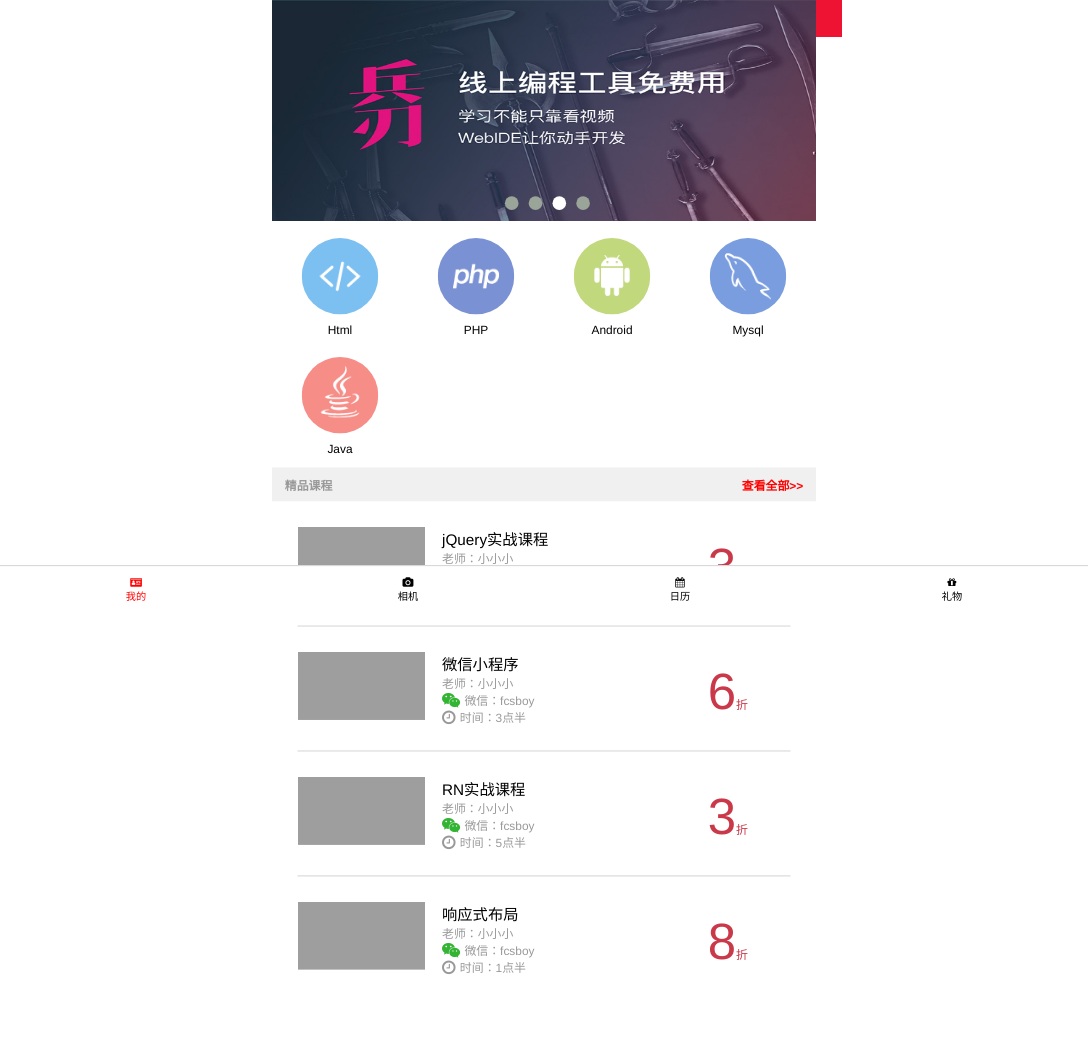
Repository: zhenzhen-gong/flextContent
Page: index.html
An editor plug-in stored every save of this project. The page is shown before and after the next save, followed by the edit.
The browser window is 1280 px wide. The pictures show the whole page, at 85% of full size.
Pictures or frames that could not be fetched are drawn as grey boxes.

Above is the page before, as saved 2020-06-19 11:23:33.

After the next save:
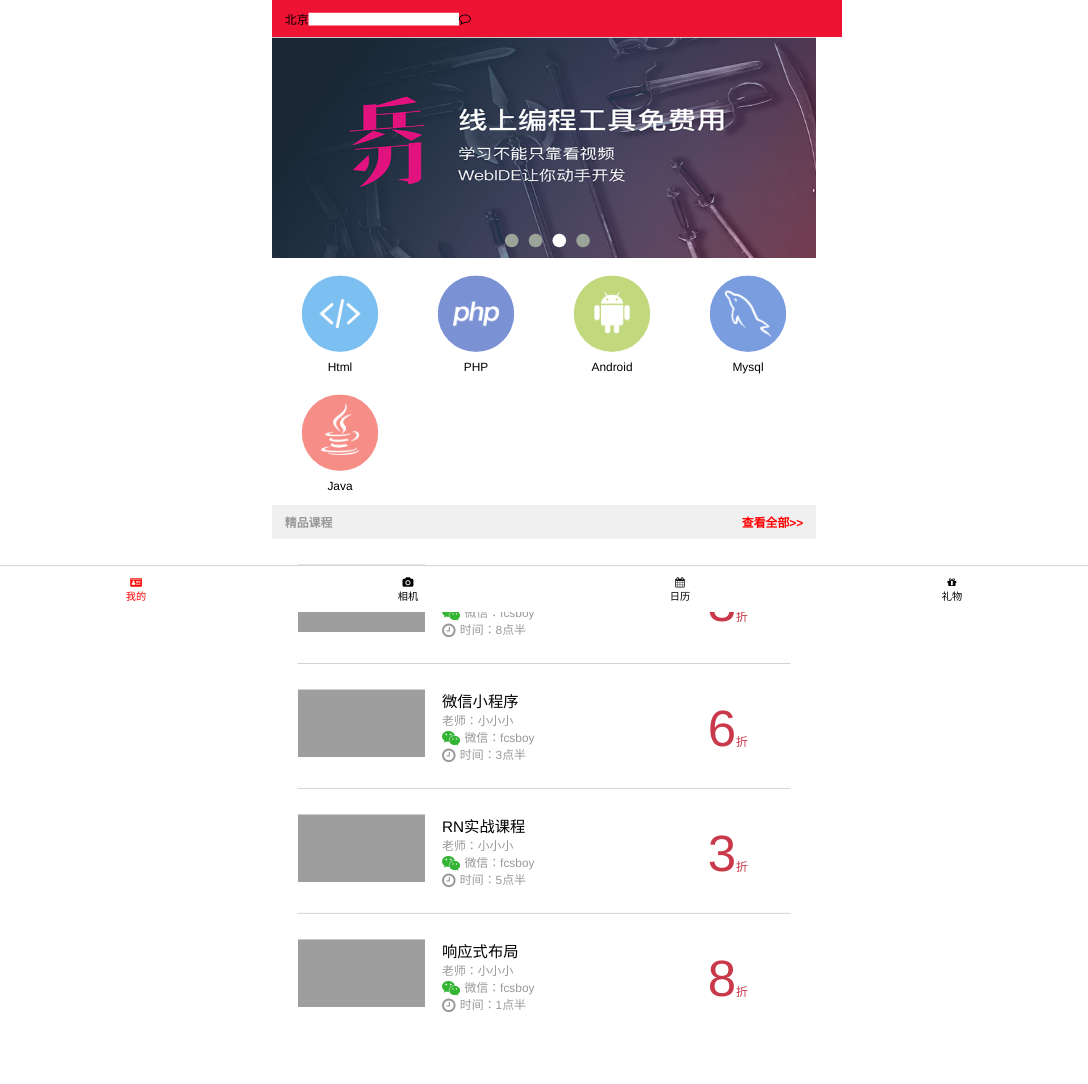
Saved 37 s later.
--- a/css/style.css
+++ b/css/style.css
@@ -50,6 +50,7 @@
 }
 /* 图片轮播 */
 section>div.imgholder{
+    margin-top: 44px;
     height: 260px;
     width: 100%;
     position: relative;
